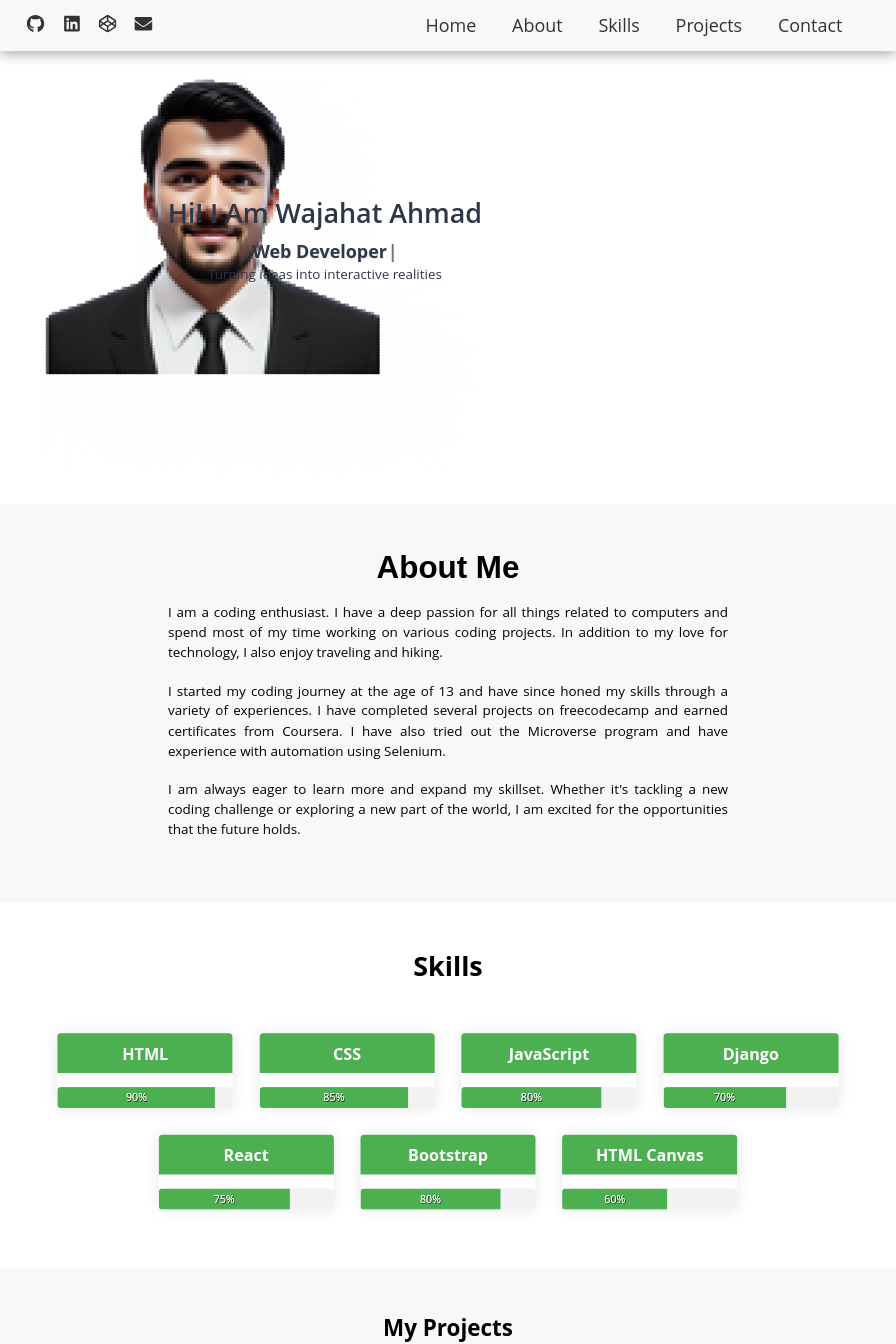
Repository: WajahatKanju/wajahatkanju.github.io
Page: /
These files come from the project's save history. The page is drawn as it stood at one moment and after the next save; the edit follows.
The browser window is 1280 px wide. The pictures show the part of the page from y = 0 to 1920 px (the page is 3132 px tall), at 70% of full size.
The project was rebuilt for these pictures with package versions that can differ from the ones it lists, and the page was loaded fresh each time. Also part of the build but not shown: vite.config.js.

Above is the page before, as saved 2023-05-06 10:30:03.

### index.html
<!DOCTYPE html>
<html lang="en">
  <head>
    <meta charset="UTF-8" />
    <link rel="icon" type="image/svg+xml" href="./src/assets/favicon.svg" />
    <meta name="viewport" content="width=device-width, initial-scale=1.0" />
    <title>Wajahat Ahmad - Portfolio</title>
  </head>
  <body>
    <div id="root"></div>
    <script type="module" src="./src/main.jsx"></script>
  </body>
</html>

### src/App.jsx
import './styles/App.scss'
import Header from "./Header"
import Navigation from './Navigation'
import About from './About'
import ContactForm from './ContactForm'
import Skills from './Skills'
import Projects from './Projects'

function App() {

  return (
    <>
    <Navigation />
    <Header />
    <About />
    <Skills />
    <Projects />
    <ContactForm />
    </>
  )
}

export default App

### src/styles/App.scss
/* Reset */
*, *::before, *::after {
  margin: 0;
  padding: 0;
  box-sizing: border-box;
}

/* Set base font size */
html {
  font-size: 62.5%; /* 1rem = 10px */
}

/* Base styles */
body {
  font-family: 'Open Sans', sans-serif;
  font-size: 1.6rem; /* 16px */
  overflow-x: hidden;
}

section:nth-of-type(2n - 1){
  background-color: #F8F8F8;
}

/* Media queries */
@media screen and (max-width: 599px) {
  /* Small screens */
  body {
    font-size: 1.2rem; /* 12px */
  }
}

@media screen and (min-width: 600px) and (max-width: 991px) {
  /* Mobile and tablet styles */
  body {
    font-size: 1.4rem; /* 14px */
  }
}

@media screen and (min-width: 992px) and (max-width: 1199px) {
  /* Medium desktop styles */
  body {
    font-size: 1.8rem; /* 18px */
  }
}

@media screen and (min-width: 1200px) and (max-width: 1599px) {
  /* Large desktop styles */
  html {
    font-size: 80%; /* 1rem = 8px */
  }
  body {
    font-size: 2rem; /* 20px */
  }
}

@media screen and (min-width: 1600px) {
  /* Extra large desktop styles */
  html {
    font-size: 100%; /* 1rem = 10px */
  }
  body {
    font-size: 2.2rem; /* 22px */
  }
}

### src/Header.jsx
import { useEffect } from "react";
import Typewriter from "typewriter-effect/dist/core";
import "./styles/Header.scss";

import ImageParticleAnimation from "./ImageParticleAnimation";

function Header() {
  useEffect(() => {
    const typewriter = new Typewriter("#typewriter", {
      strings: ["Web Designer", "Web Developer", "Full Stack Developer"],
      loop: true,
      delay: 80,
      autoStart: true,
    });

    typewriter.start();
  }, []);


  return (
    <header className="header">
      <div className="header__left">
        <h1>Hi! I Am Wajahat Ahmad</h1>
        <p id="typewriter"></p>
        <h3>Turning ideas into interactive realities</h3>
      </div>
      <div className="header__right">
        <ImageParticleAnimation />
      </div>
    </header>
  );
}

export default Header;

### src/About.jsx
import "./styles/About.scss";

function About() {
  return (
    <section className="about"id="about">
      <div className="about__me--container">
        <h2>About Me</h2>
        <p>
          I am a coding enthusiast. I have a deep passion for all things related
          to computers and spend most of my time working on various coding
          projects. In addition to my love for technology, I also enjoy
          traveling and hiking.
        </p>
        <p>
          I started my coding journey at the age of 13 and have since honed my
          skills through a variety of experiences. I have completed several
          projects on freecodecamp and earned certificates from Coursera. I have
          also tried out the Microverse program and have experience with
          automation using Selenium.
        </p>
        <p>
          I am always eager to learn more and expand my skillset. Whether
          it&apos;s tackling a new coding challenge or exploring a new part of
          the world, I am excited for the opportunities that the future holds.
        </p>
      </div>
    </section>
  );
}

export default About;

### src/ContactForm.jsx
import { useState } from "react";

import "./styles/ContactForm.scss";

function ContactForm() {
  const [name, setName] = useState("");
  const [email, setEmail] = useState("");
  const [message, setMessage] = useState("");

  const handleSubmit = (e) => {
    e.preventDefault();
    // handle form submission logic here
  };

  return (
    <section className="contact__form">
      <div className="contact__form__container">
        <h2 className="form__header">Contact Me</h2>
        <form onSubmit={handleSubmit}>
          <label htmlFor="name">Name:</label>
          <input
            type="text"
            id="name"
            name="name"
            value={name}
            onChange={(e) => setName(e.target.value)}
            required
          />

          <label htmlFor="email">Email:</label>
          <input
            type="email"
            id="email"
            name="email"
            value={email}
            onChange={(e) => setEmail(e.target.value)}
            required
          />

          <label htmlFor="message">Message:</label>
          <textarea
            id="message"
            name="message"
            value={message}
            onChange={(e) => setMessage(e.target.value)}
            required
          />

          <button type="submit">Submit</button>
        </form>
      </div>
    </section>
  );
}

export default ContactForm;

### src/styles/Header.scss
.header {
  display: flex;
  padding: 2rem 5rem;

  justify-content: space-around;
  align-items: center;
  min-height: 100vh;
  color: #2d3748;
  position: relative;
  z-index: 10;

  img{
    display: block;

  }

  &__left {
    h1 {
      font-size: 3rem;
      font-weight: 600;
      text-align: center;
      margin-bottom: 1rem;

      span {
        display: inline-block;

        &.animate__bounce:hover {
          animation-name: jelly;
          animation-duration: 1s;
          animation-fill-mode: both;
          animation-iteration-count: infinite;
        }
      }
    }

    h3 {
      font-size: 1.5rem;
      font-weight: 400;
      text-align: center;
      margin-bottom: 3rem;
    }

    #typewriter {
      text-align: center;
      font-size: 2rem;
      font-weight: bold;
      text-shadow: 0.0625rem 0.0625rem 0.1875rem rgba(0, 0, 0, 0.1);
    }
  }
}


@keyframes jelly {
  0%,
  100% {
    transform: scale(1);
  }
  25% {
    transform: scale(0.9, 1.1);
  }
  50% {
    transform: scale(1.1, 0.9);
  }
  75% {
    transform: scale(0.95, 1.05);
  }
}

### src/ImageParticleAnimation.jsx
import { useEffect, useRef } from "react";
import cartoonMe from "./assets/cartoon.png";

export default function ImageParticleAnimation() {

  // eslint-disable-next-line react-hooks/exhaustive-deps
  const png = new Image();
  png.src = cartoonMe;
  const canvasRef = useRef();

  useEffect(() => {
    const canvas = canvasRef.current;
    const ctx = canvas.getContext("2d");

    canvas.width = innerWidth;
    canvas.height = innerHeight;

    let particleArray = [];

    let mouse = {
      x: null,
      y: null,
      radius: 120,
    };

    window.addEventListener("mousemove", (event) => {
      mouse.x = event.x + canvas.clientLeft / 2;
      mouse.y = event.y + canvas.clientTop / 2;
    });

    function drawImage() {
      let imageWidth = png.width;
      let imageHeight = png.height;
      ctx.drawImage(png, innerWidth / 2, innerHeight / 2);
      const data = ctx.getImageData(0, 0, imageWidth, imageHeight);
      ctx.clearRect(0, 0, canvas.width, canvas.height);

      class Particle {
        constructor(x, y, color, size=1) {
          this.baseX = x ;
          this.baseY = y;

          this.x = this.baseX + Math.random() * 200 - 25 ;
          this.y = this.baseY + Math.random() * 200 - 25 ;

          this.color = color;
          this.size = size;

          this.density = Math.random() * 10 + 2;
        }

        draw() {
          ctx.fillStyle = this.color;
          ctx.beginPath();
          ctx.arc(this.x, this.y, this.size * 10, 0, Math.PI * 2);
          ctx.closePath();
          ctx.fill();
        }

        update() {
          let dx = mouse.x - this.x;
          let dy = mouse.y - this.y;
          let distance = Math.sqrt(dx * dx + dy * dy);
          let forceDirectionX = dx / distance;
          let forceDirectionY = dy / distance;

          const maxDistance = 100;
          let force = (maxDistance - distance) / (maxDistance * 0.5);
          if (force < 0) force = 0;

          let directionX = forceDirectionX * force * this.density * 0.6;
          let directionY = forceDirectionY * force * this.density * 0.6;

          if (distance < mouse.radius + this.size) {
            this.x -= directionX;
            this.y -= directionY;
          } else {
            if (this.x != this.baseX) {
              let dx = this.x - this.baseX;
              this.x -= dx / 25;
            }
            if (this.y != this.baseY) {
              let dy = this.y - this.baseY;
              this.y -= dy / 25;
            }
          }

          this.draw();
        }
      }

      function init() {
        particleArray = [];

        for (let y = 0, y2 = data.height; y < y2; y++) {
          for (let x = 0, x2 = data.width; x < x2; x++) {
            if (data.data[y * 4 * data.width + x * 4 + 3] > 128) {
              let positionX = x;
              let positionY = y;
              let color = `rgb(${data.data[y * 4 * data.width + x * 4]}, ${
                data.data[y * 4 * data.width + x * 4 + 1]
              }, ${data.data[y * 4 * data.width + x * 4 + 2]} )`;

              particleArray.push(new Particle(positionX * 4 , positionY* 4, color , 0.25));
            }
          }
        }
      }

      function animate() {
        requestAnimationFrame(animate);
        ctx.fillStyle = "rgba(255,255,255, 0.5)";


        ctx.fillRect(0, 0, innerWidth, innerHeight);

        for (let i = 0; i < particleArray.length; i++) {
          particleArray[i].update();
        }
      }
      init();
      animate();

      window.addEventListener("resize", () => {
        canvas.width = innerWidth;
        canvas.height = innerHeight;
        init();
      });
    }

    png.onload = () => {
      console.log("Image loaded");
      ctx.drawImage(png, 0, 0);
      drawImage();
    };
  }, [png]);

  return (
    <>
      <canvas
        ref={canvasRef}
        id="canvas"
        style={{ position: "absolute", top: "0", left: "0", zIndex: '-1', maxWidth: '100vw', maxHeight: '100%' }}
      ></canvas>
    </>
  );
}

### src/styles/About.scss
.about {
  padding: 5rem 0;
  display: flex;
  justify-content: center;

  &__me--container {
    max-width: 800px;
    width: 100%;
    margin: 0 2rem;
  }

  h2 {
    font-family: 'Montserrat', sans-serif;
    font-size: 3.5rem;
    margin-bottom: 2rem;
    text-align: center;
    transition: all 0.3s ease;
  }

  h2:hover {
    color: #FF8C00;
    transform: scale(1.05);
  }

  p {
    font-family: 'Open Sans', sans-serif;
    font-size: 1.5rem;
    line-height: 1.5;
    margin-bottom: 2rem;
    text-align: justify;
  }
}

### src/styles/ContactForm.scss
.contact__form {
  display: flex;
  justify-content: center;
  align-items: center;
  height: 100vh;

  .contact__form__container {
    max-width: 600px;
    width: 100%;
    padding: 3rem;
    border-radius: 10px;
    box-shadow: 0 0 20px rgba(0, 0, 0, 0.1);

    .form__header {
      font-size: 2.5rem;
      font-weight: 700;
      text-align: center;
      margin-bottom: 2rem;
    }

    form {
      display: flex;
      flex-direction: column;

      label {
        font-size: 1.2rem;
        font-weight: 500;
        margin-bottom: 0.5rem;
      }

      input,
      textarea {
        padding: 1rem;
        font-size: 1rem;
        border-radius: 5px;
        border: none;
        margin-bottom: 1.5rem;
        box-shadow: 0 0 5px rgba(0, 0, 0, 0.1);
        transition: box-shadow 0.3s ease-in-out;

        &:focus {
          outline: none;
          box-shadow: 0 0 10px rgba(0, 0, 0, 0.2);
        }
      }

      textarea {
        resize: none;
        height: 150px;
      }

      button[type="submit"] {
        background-color: #4caf50;
        color: #fff;
        font-size: 1.2rem;
        padding: 1rem 2rem;
        border: none;
        border-radius: 5px;
        cursor: pointer;
        transition: background-color 0.3s ease-in-out;

        &:hover {
          background-color: #3e8e41;
        }
      }
    }
  }
}

### src/styles/Projects.scss
.projects {
  padding: 5rem 0;

  h2 {
    font-size: 2.5rem;
    margin-bottom: 2rem;
    text-align: center;
  }

  .project-list {
    display: flex;
    flex-wrap: wrap;
    justify-content: center;
    gap: 2rem;

    .project {
      background-color: #fff;
      box-shadow: 0 0 20px rgba(0, 0, 0, 0.1);
      padding: 2rem;
      width: 300px;
      display: flex;
      flex-direction: column;
      align-items: center;
      transition: transform 0.2s ease-in-out;

      &:hover {
        transform: translateY(-5px);
      }

      img {
        width: 100%;
        max-width: 300px;
        height: auto;
        margin-bottom: 1.5rem;
        border-radius: 5px;
        box-shadow: 0 0 10px rgba(0, 0, 0, 0.1);
        transition: transform 0.2s ease-in-out;

        &:hover {
          transform: scale(1.05);
        }
      }

      h3 {
        font-size: 1.5rem;
        margin-bottom: 1.5rem;
        text-align: center;
        color: #0077b6;
        text-shadow: 1px 1px 0 #fff;
      }

      p {
        font-size: 1.2rem;
        line-height: 1.5;
        margin-bottom: 1.5rem;
        text-align: justify;
      }

      a {
        font-size: 1.2rem;
        background-color: #0077b6;
        color: #fff;
        text-decoration: none;
        padding: 0.5rem 1rem;
        border-radius: 5px;
        transition: background-color 0.3s ease;

        &:hover {
          background-color: #023e8a;
        }
      }
    }
  }
}

Loaded but not shown: src/main.jsx (common file); src/styles/Navigation.scss (273 lines, source omitted); src/Skills.jsx (76 lines, source omitted); src/styles/Skills.scss (127 lines, source omitted); src/Projects.jsx (52 lines, source omitted); src/Navigation.jsx (46 lines, source omitted)

After the next save:
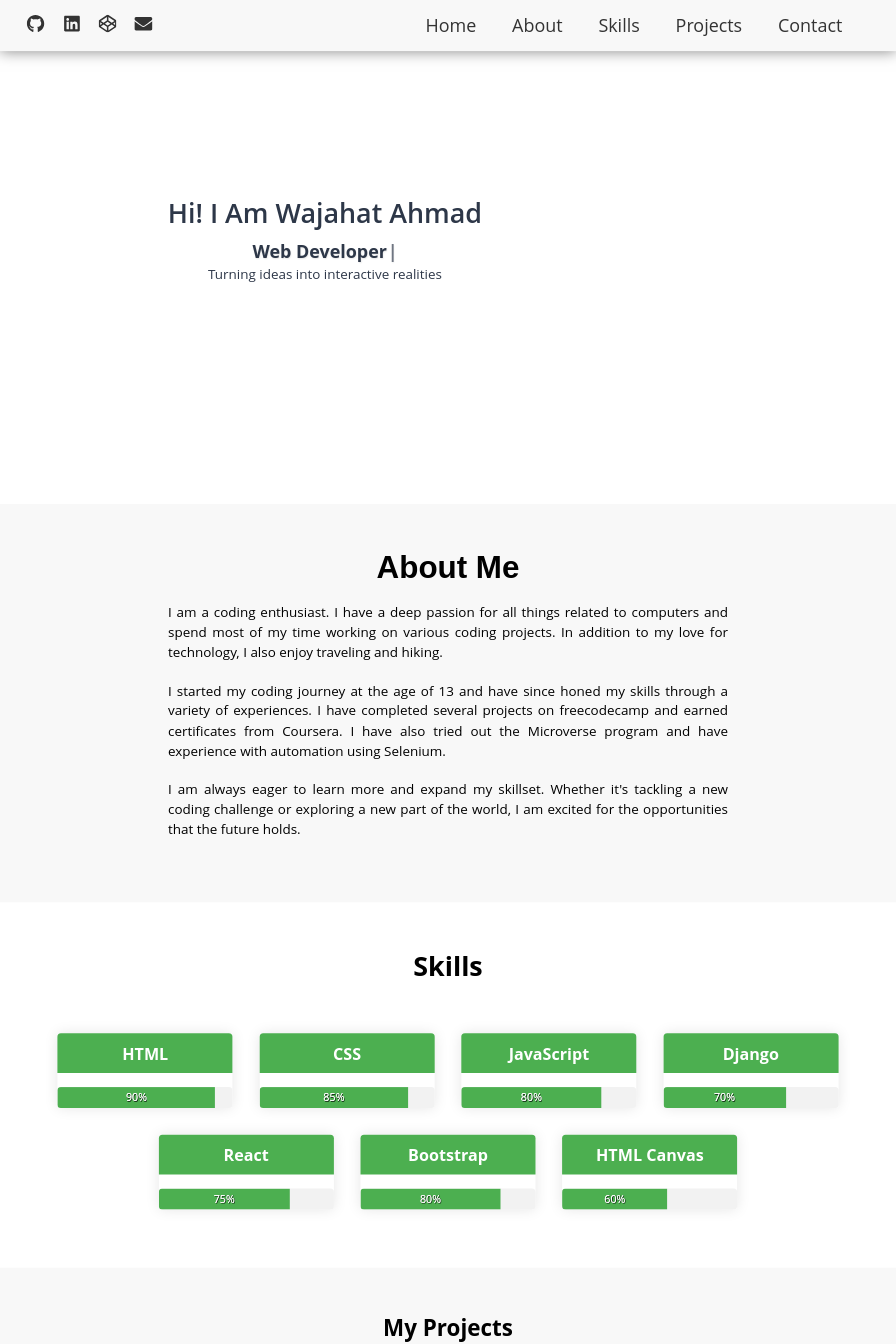
Console error: ReferenceError: mouse is not defined
Saved 31 s later.
--- a/src/ImageParticleAnimation.jsx
+++ b/src/ImageParticleAnimation.jsx
@@ -1,5 +1,60 @@
 import { useEffect, useRef } from "react";
 import cartoonMe from "./assets/cartoon.png";
+
+
+class Particle {
+  constructor(x, y, color, size=1) {
+    this.baseX = x ;
+    this.baseY = y;
+
+    this.x = this.baseX + Math.random() * 200 - 25 ;
+    this.y = this.baseY + Math.random() * 200 - 25 ;
+
+    this.color = color;
+    this.size = size;
+
+    this.density = Math.random() * 10 + 2;
+  }
+
+  draw() {
+    ctx.fillStyle = this.color;
+    ctx.beginPath();
+    ctx.arc(this.x, this.y, this.size * 10, 0, Math.PI * 2);
+    ctx.closePath();
+    ctx.fill();
+  }
+
+  update() {
+    let dx = mouse.x - this.x;
+    let dy = mouse.y - this.y;
+    let distance = Math.sqrt(dx * dx + dy * dy);
+    let forceDirectionX = dx / distance;
+    let forceDirectionY = dy / distance;
+
+    const maxDistance = 100;
+    let force = (maxDistance - distance) / (maxDistance * 0.5);
+    if (force < 0) force = 0;
+
+    let directionX = forceDirectionX * force * this.density * 0.6;
+    let directionY = forceDirectionY * force * this.density * 0.6;
+
+    if (distance < mouse.radius + this.size) {
+      this.x -= directionX;
+      this.y -= directionY;
+    } else {
+      if (this.x != this.baseX) {
+        let dx = this.x - this.baseX;
+        this.x -= dx / 25;
+      }
+      if (this.y != this.baseY) {
+        let dy = this.y - this.baseY;
+        this.y -= dy / 25;
+      }
+    }
+
+    this.draw();
+  }
+}
 
 export default function ImageParticleAnimation() {
 
@@ -35,59 +90,7 @@
       const data = ctx.getImageData(0, 0, imageWidth, imageHeight);
       ctx.clearRect(0, 0, canvas.width, canvas.height);
 
-      class Particle {
-        constructor(x, y, color, size=1) {
-          this.baseX = x ;
-          this.baseY = y;
 
-          this.x = this.baseX + Math.random() * 200 - 25 ;
-          this.y = this.baseY + Math.random() * 200 - 25 ;
-
-          this.color = color;
-          this.size = size;
-
-          this.density = Math.random() * 10 + 2;
-        }
-
-        draw() {
-          ctx.fillStyle = this.color;
-          ctx.beginPath();
-          ctx.arc(this.x, this.y, this.size * 10, 0, Math.PI * 2);
-          ctx.closePath();
-          ctx.fill();
-        }
-
-        update() {
-          let dx = mouse.x - this.x;
-          let dy = mouse.y - this.y;
-          let distance = Math.sqrt(dx * dx + dy * dy);
-          let forceDirectionX = dx / distance;
-          let forceDirectionY = dy / distance;
-
-          const maxDistance = 100;
-          let force = (maxDistance - distance) / (maxDistance * 0.5);
-          if (force < 0) force = 0;
-
-          let directionX = forceDirectionX * force * this.density * 0.6;
-          let directionY = forceDirectionY * force * this.density * 0.6;
-
-          if (distance < mouse.radius + this.size) {
-            this.x -= directionX;
-            this.y -= directionY;
-          } else {
-            if (this.x != this.baseX) {
-              let dx = this.x - this.baseX;
-              this.x -= dx / 25;
-            }
-            if (this.y != this.baseY) {
-              let dy = this.y - this.baseY;
-              this.y -= dy / 25;
-            }
-          }
-
-          this.draw();
-        }
-      }
 
       function init() {
         particleArray = [];

After the 3 saves that followed:
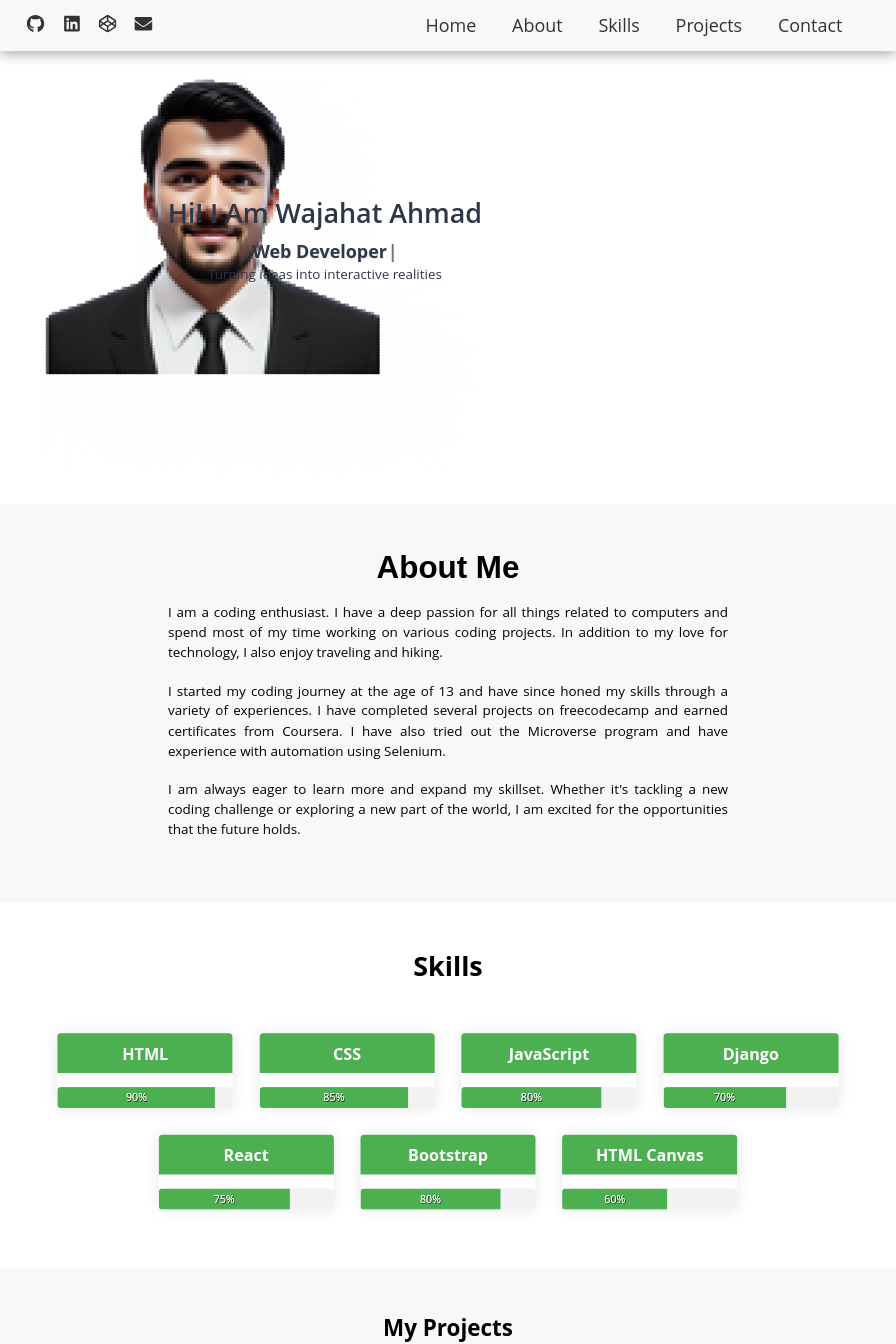
The error is gone.
The 3 saves are shown as one change because 2 left the picture as it was.
The last was saved 41 s later.
--- a/src/ImageParticleAnimation.jsx
+++ b/src/ImageParticleAnimation.jsx
@@ -16,7 +16,7 @@
     this.density = Math.random() * 10 + 2;
   }
 
-  draw() {
+  draw(ctx) {
     ctx.fillStyle = this.color;
     ctx.beginPath();
     ctx.arc(this.x, this.y, this.size * 10, 0, Math.PI * 2);
@@ -24,7 +24,7 @@
     ctx.fill();
   }
 
-  update() {
+  update(mouse) {
     let dx = mouse.x - this.x;
     let dy = mouse.y - this.y;
     let distance = Math.sqrt(dx * dx + dy * dy);
@@ -52,7 +52,6 @@
       }
     }
 
-    this.draw();
   }
 }
 
@@ -118,7 +117,8 @@
         ctx.fillRect(0, 0, innerWidth, innerHeight);
 
         for (let i = 0; i < particleArray.length; i++) {
-          particleArray[i].update();
+          particleArray[i].update(mouse);
+          particleArray[i].draw(ctx);
         }
       }
       init();
